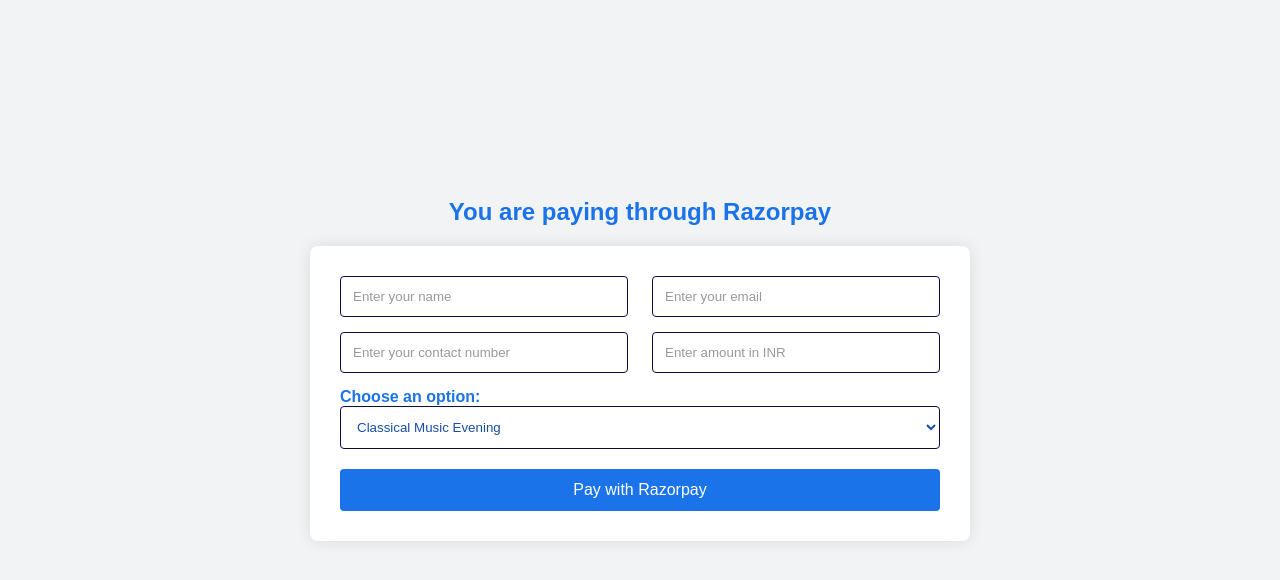
Repository: SharonSebastian32/razorpaypaymentgateway_implementation
Page: bookEventpage.html
An editor plug-in stored every save of this project. The page is shown before and after a run of saves, followed by the edit.
The browser window is 1280 px wide. The pictures show the whole page.

Above is the page before, as saved 2024-08-09 07:14:00.

After the next 2 saves:
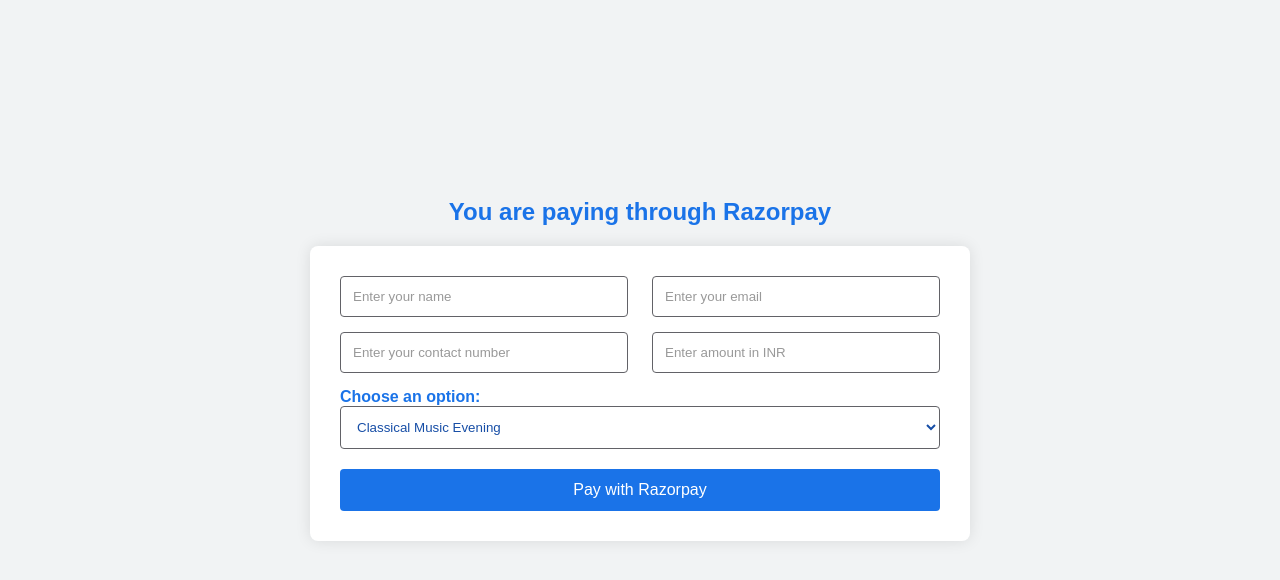
The 2 saves are shown as one change because they came seconds apart.
The last was saved 15 s later.
--- a/bookEventpage.html
+++ b/bookEventpage.html
@@ -8,7 +8,7 @@
     <style>
       :root {
         --primary-blue: #1a73e8;
-        --light-blue: #0d0e3d;
+        --light-blue: #626267;
         --dark-blue: #174ea6;
         --white: #ffffff;
         --light-gray: #f1f3f4;
